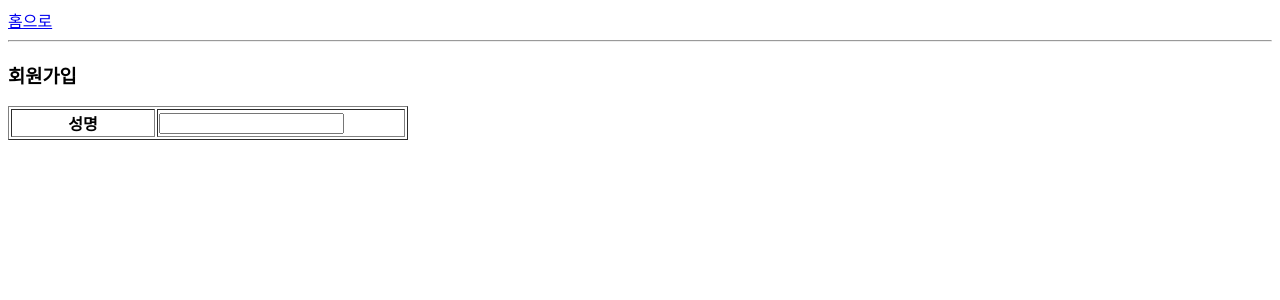
Repository: linklifejo/study_spring
Page: http://localhost/web/member
The author's editor kept a copy of each file at every save. The page is drawn from the files as they stood at one save, then again after the next save.
The browser window is 1280 px wide. The pictures show the whole page.
The page is served by Tomcat 9.

Above is the page before, as saved 2023-02-14 01:01:33.

After the next save:
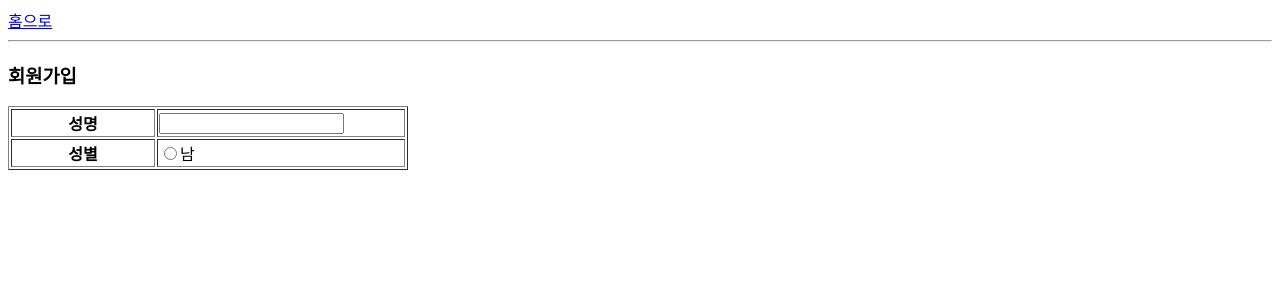
Saved 53 s later.
--- a/web/src/main/webapp/WEB-INF/views/member/join.jsp
+++ b/web/src/main/webapp/WEB-INF/views/member/join.jsp
@@ -17,6 +17,10 @@
 <tr><th style='width:140px'>성명</th>
 	<td><input type='text' name='name'></td>
 </tr>
+<tr><th>성별</th>
+	<td><label><input type='radio' name='gender' value='남'>남</label>
+	</td>
+</tr>
 </table>
 
 </form>
